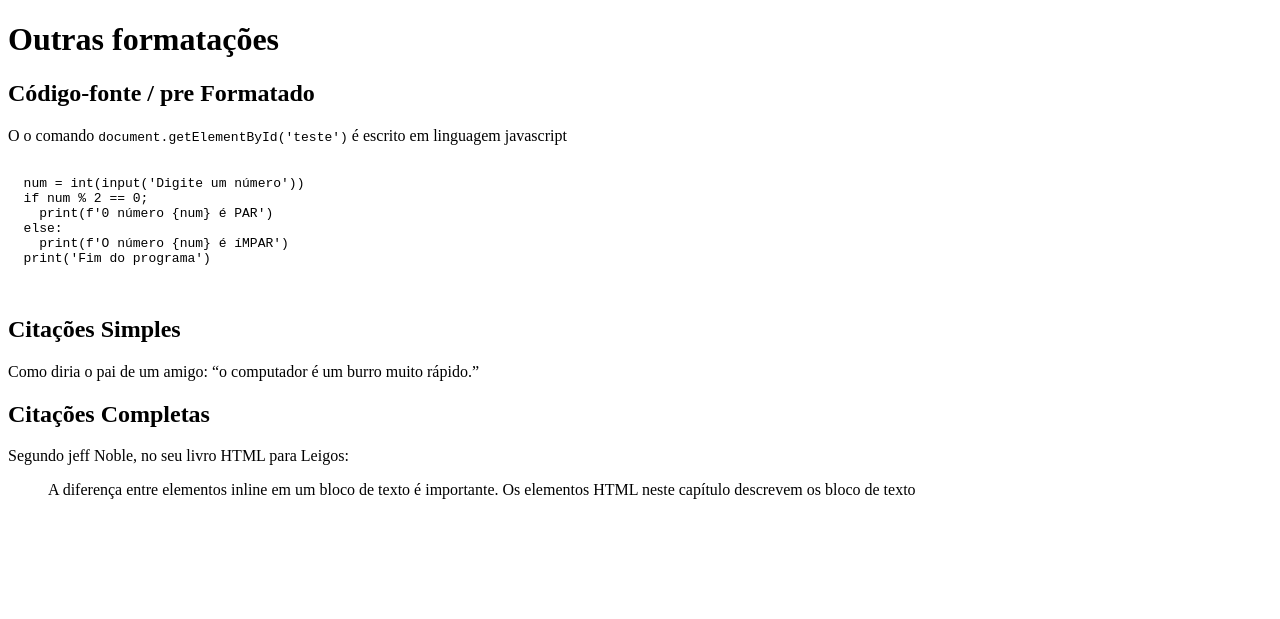
Repository: pheonix5/Estudo
Page: html-css/exercicios/ex008b/index.html
The author's editor kept a copy of each file at every save. The page is drawn from the files as they stood at one save, then again after the next save.
The browser window is 1280 px wide. The pictures show the whole page.

Above is the page before, as saved 2023-07-25 20:33:18.

After the next save:
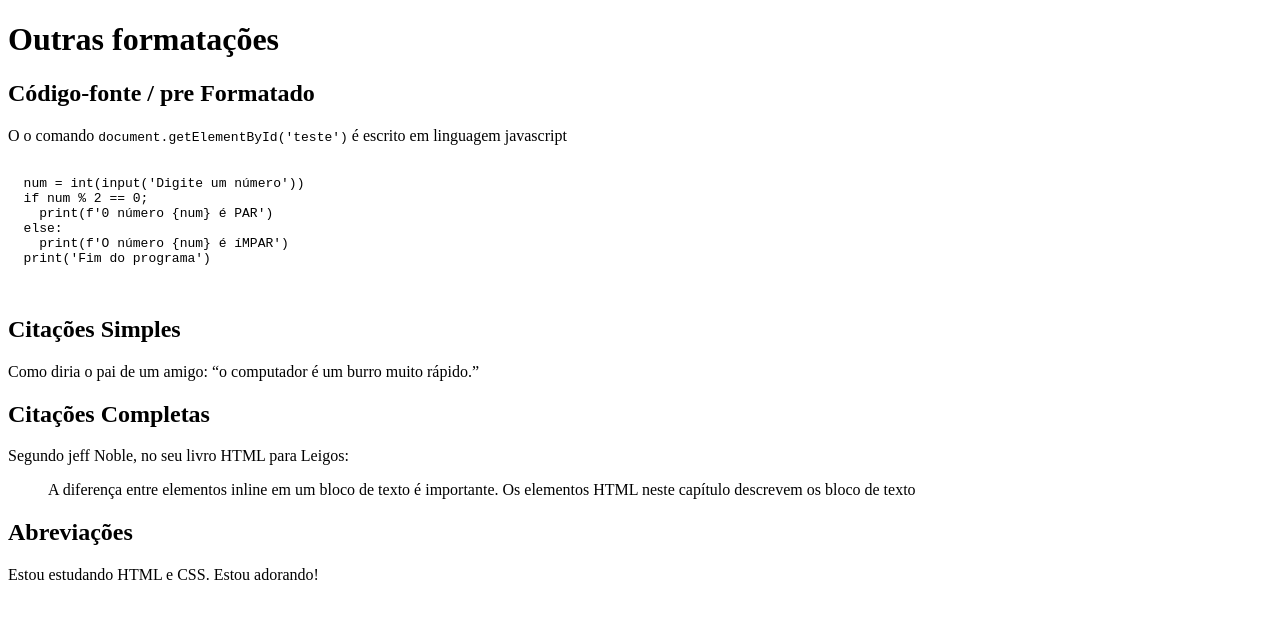
Saved 75 s later.
--- a/html-css/exercicios/ex008b/index.html
+++ b/html-css/exercicios/ex008b/index.html
@@ -26,5 +26,8 @@
   <blockquote cite="www.google.com">
     A diferença entre elementos inline em um bloco de texto é importante. Os elementos HTML neste capítulo descrevem os bloco de texto
   </blockquote>
+
+  <h2>Abreviações</h2>
+  <p>Estou estudando HTML e CSS. Estou adorando!</p>
 </body>
 </html>
